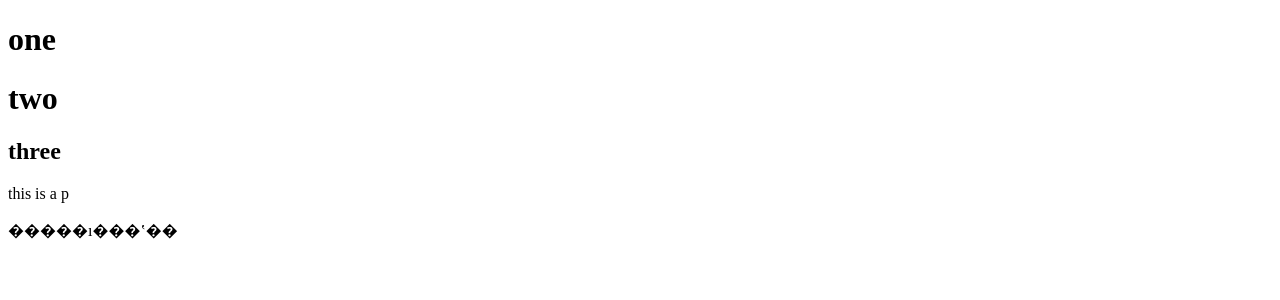
Repository: supercubes/Web
Page: first.html
An editor plug-in stored every save of this project. The page is shown before and after the next save, followed by the edit.
The browser window is 1280 px wide. The pictures show the whole page.

Above is the page before, as saved 2025-03-21 20:08:10.

### first.html
<!DOCTYPE html>
<html lang="en">
<head>
    <meta charset="UTF-8">
    <meta http-equiv="X-UA-Compatible" content="IE=Edge">
    <meta name="viewport" content="width=device-width,initial-scale=1.0">
    <title>document</title>
</head>
<body>
    <h1>one</h1>
    <h1>two</h1>
    <h2>three</h2>
    <p>this is a p </p>
    <p>뫘맣匡굶湳駕：<b></b></p>
</body>
</html>

After the next save:
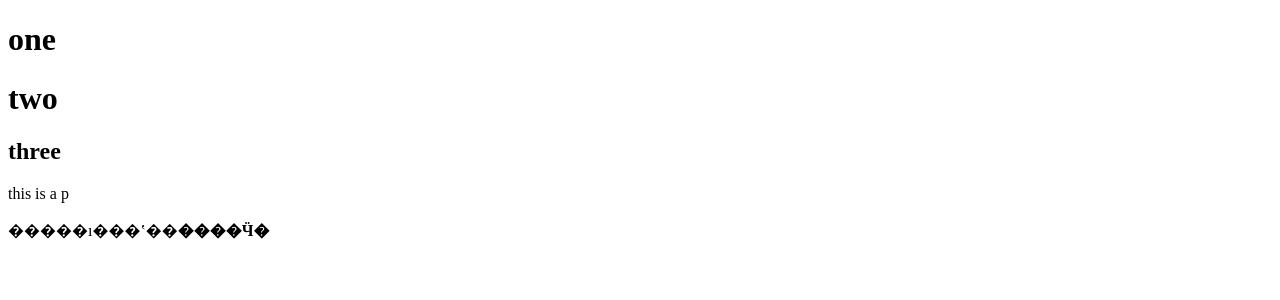
Saved 7 s later.
--- a/first.html
+++ b/first.html
@@ -11,6 +11,6 @@
     <h1>two</h1>
     <h2>three</h2>
     <p>this is a p </p>
-    <p>뫘맣匡굶湳駕：<b></b></p>
+    <p>뫘맣匡굶湳駕：<b>俚竟속닛</b></p>
 </body>
 </html>
